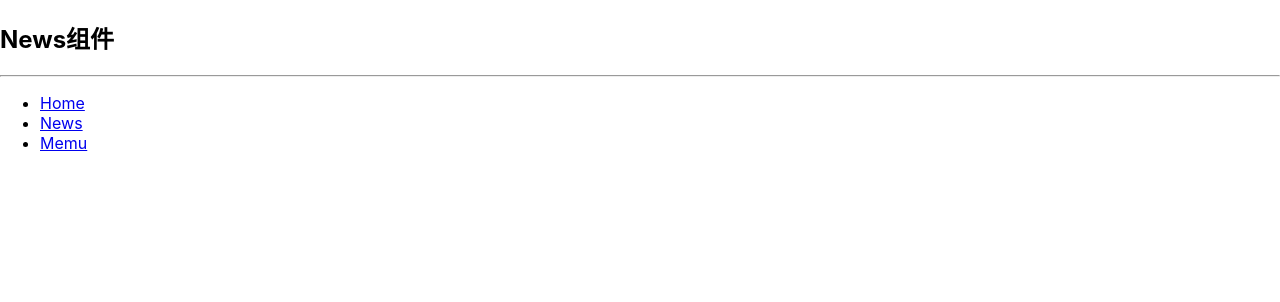
Repository: zhenzhen-gong/react-learning
Page: /news
An editor plug-in stored every save of this project. The page is shown before and after the next save, followed by the edit.
The browser window is 1280 px wide. The pictures show the whole page.
The project was rebuilt for these pictures with package versions that can differ from the ones it lists, and the page was loaded fresh each time. Also part of the build but not shown: src/component/routerTest/home.js, src/component/routerTest/newsContent.js, src/component/routerTest/memu.js.

Above is the page before, as saved 2021-04-18 15:56:34.

After the next save:
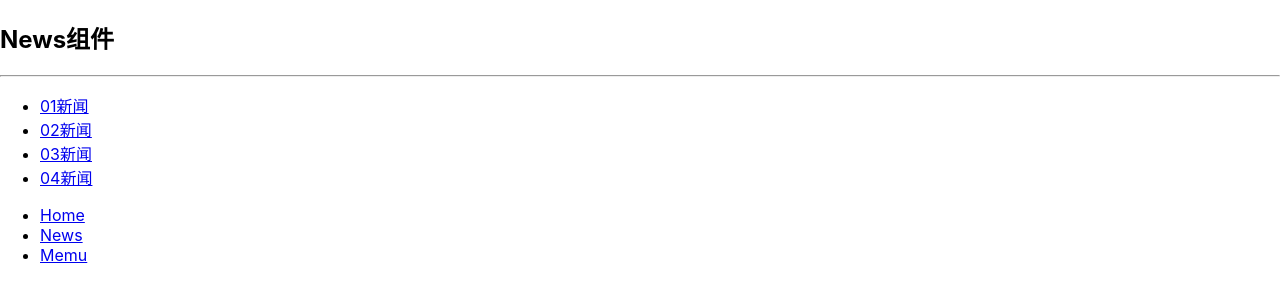
Saved 38 s later.
--- a/src/component/routerTest/news.js
+++ b/src/component/routerTest/news.js
@@ -39,10 +39,7 @@ class News extends Component {
                 <ul>
                     {
                         this.state.list.map((value, key) => {
-                            return
-                                <li key={key}>
-                                  <Link to={`/news/${value.api}`}>{value.title}</Link>
-                                </li>
+                            return <li key={key}><Link to={`/news/${value.api}`}>{value.title}</Link></li>
 
                         })
                     }
